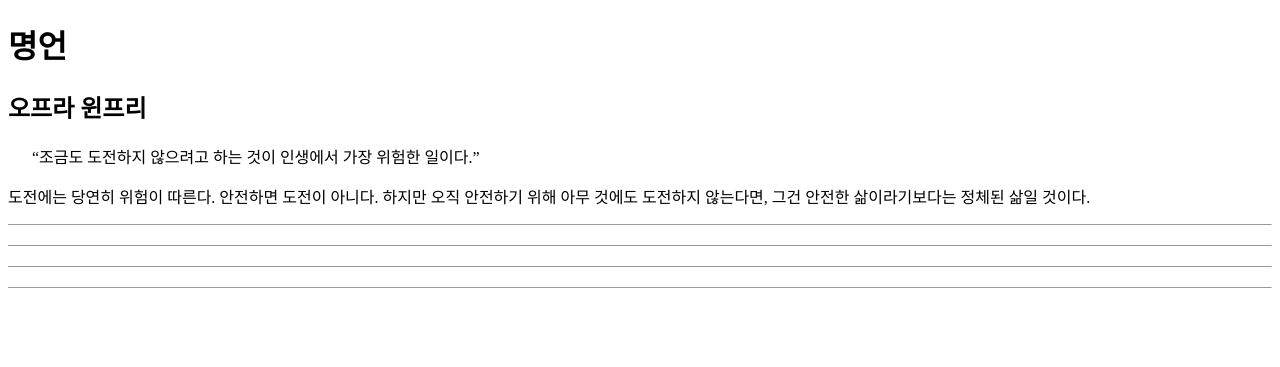
Repository: heoSuKyeong/client_Ssanyong
Page: ClientTest/src/main/webapp/html/q006.html
The author's editor kept a copy of each file at every save. The page is drawn from the files as they stood at one save, then again after the next save.
The browser window is 1280 px wide. The pictures show the whole page.

Above is the page before, as saved 2023-09-20 03:45:18.

### ClientTest/src/main/webapp/html/q006.html
<!DOCTYPE html>
<html>
<head>
<meta charset="UTF-8">
<title>q006</title>
</head>
<body>
	<h1>명언</h1>

	<h2>오프라 윈프리</h2>
	<p>&nbsp;&nbsp;&nbsp;&nbsp;&nbsp;&nbsp;“조금도 도전하지 않으려고 하는 것이 인생에서 가장 위험한 일이다.”</p>
	<p>도전에는 당연히 위험이 따른다. 안전하면 도전이 아니다. 하지만 오직 안전하기 위해 아무 것에도 도전하지 않는다면, 그건 안전한 삶이라기보다는 정체된 삶일 것이다.</p>
	<hr size="1">


	<h2></h2>
	<cite></cite>
	<p></p>
	<hr size="1">


	<h2></h2>
	<cite></cite>
	<p></p>
	<hr size="1">


	<h2></h2>
	<cite></cite>
	<p></p>
	<hr size="1">

</body>
</html>

After the next save:
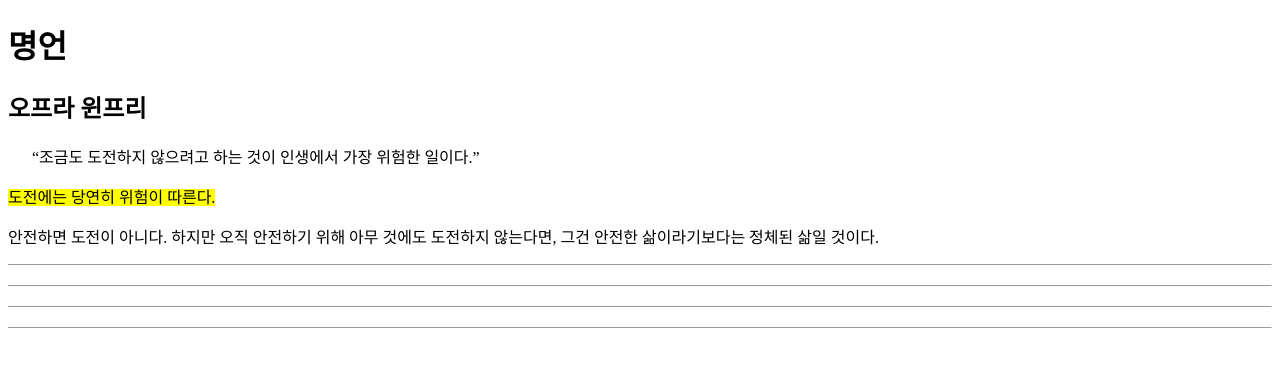
Saved 32 s later.
--- a/ClientTest/src/main/webapp/html/q006.html
+++ b/ClientTest/src/main/webapp/html/q006.html
@@ -9,7 +9,8 @@
 
 	<h2>오프라 윈프리</h2>
 	<p>&nbsp;&nbsp;&nbsp;&nbsp;&nbsp;&nbsp;“조금도 도전하지 않으려고 하는 것이 인생에서 가장 위험한 일이다.”</p>
-	<p>도전에는 당연히 위험이 따른다. 안전하면 도전이 아니다. 하지만 오직 안전하기 위해 아무 것에도 도전하지 않는다면, 그건 안전한 삶이라기보다는 정체된 삶일 것이다.</p>
+	<mark>도전에는 당연히 위험이 따른다.</mark>
+	<p>안전하면 도전이 아니다. 하지만 오직 안전하기 위해 아무 것에도 도전하지 않는다면, 그건 안전한 삶이라기보다는 정체된 삶일 것이다.</p>
 	<hr size="1">
 
 
